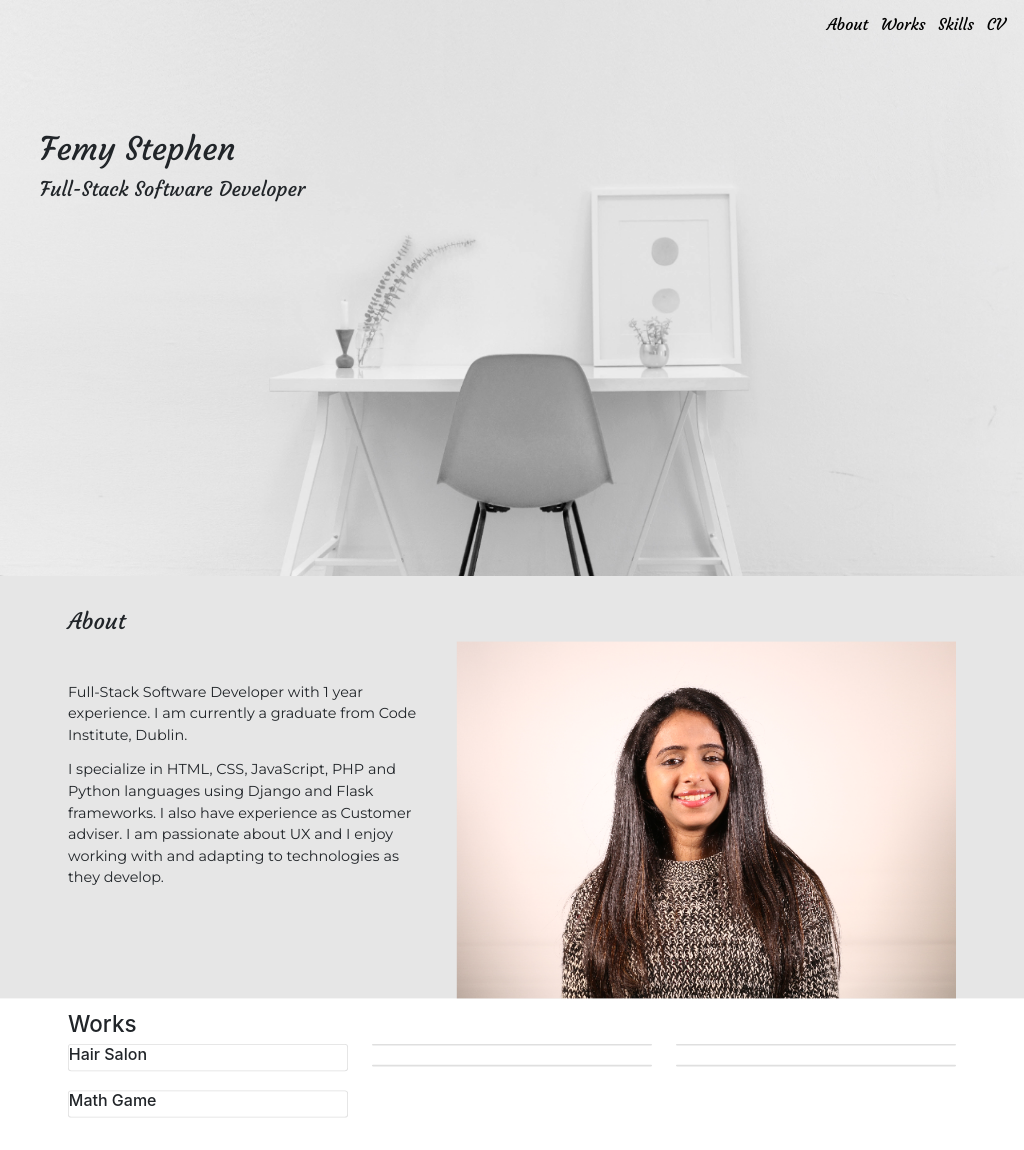
Repository: femy16/FemyStephen
Page: index.html
The author's editor kept a record of every edit. The page is drawn from the files as they stood at one moment, then again after the next edit.
The browser window is 1280 px wide. The pictures show the whole page, at 80% of full size.
Backgrounds fixed to the window are drawn as part of the page. Some web libraries are served in a nearby version.

Above is the page before.
Not found: hover.css

### index.html
<!DOCTYPE html>
<html lang="en">

<head>
    <meta charset="UTF-8">
    <meta name="viewport" content="width=device-width, initial-scale=1.0">
    <meta http-equiv="X-UA-Compatible" content="ie=edge">
    <link href="https://fonts.googleapis.com/css?family=Courgette|Kaushan+Script|Montserrat:300i&display=swap" rel="stylesheet">
    <link rel="stylesheet" href="https://use.fontawesome.com/releases/v5.3.1/css/all.css" integrity="sha384-mzrmE5qonljUremFsqc01SB46JvROS7bZs3IO2EmfFsd15uHvIt+Y8vEf7N7fWAU" crossorigin="anonymous">
    <link rel="stylesheet" href="hover.css" type="text/css" />
    <link rel="stylesheet" href="https://maxcdn.bootstrapcdn.com/bootstrap/4.0.0/css/bootstrap.min.css" integrity="sha384-Gn5384xqQ1aoWXA+058RXPxPg6fy4IWvTNh0E263XmFcJlSAwiGgFAW/dAiS6JXm" crossorigin="anonymous">
    <link rel="stylesheet" href="style.css" type="text/css" />
    <link href="https://fonts.googleapis.com/css?family=Montserrat" rel="stylesheet">
    <title>Femy Stephen</title>
</head>

<body>
    <header id="landing-view">


        <nav class="navbar navbar-expand-md navbar-masthead navbar-default navbar-fixed-top">
            <div class="container topmenu">


                <button class="navbar-toggler" type="button" data-toggle="collapse" data-target="#collapsibleNavbar">
    <span class="fa fa-bars" ></span>
  </button>
            </div>
            <div class="collapse navbar-collapse" id="collapsibleNavbar">
                <ul class="navbar-nav">
                    <li class="nav-item">
                        <a class="nav-link" href="#about">About</a>
                    </li>
                    <li class="nav-item">
                        <a class="nav-link" href="#works">Works</a>
                    </li>
                    <li class="nav-item">
                        <a class="nav-link" href="products.html">Skills</a>
                    </li>
                    <li class="nav-item">
                        <a class="nav-link" href="contac_us.html">CV</a>
                    </li>
                </ul>
            </div>
        </nav>
        <div class="headercontainer">
            <h1 class="name">Femy Stephen</h1>
            <p class="title">Full-Stack Software Developer</p>

        </div>

    </header>
    <!--<div class="spacer"></div>-->
    <main>
        <div id="about">
            <div class="container">
                <h3 class="abouthead">About</h3>
                <div class="row">
                    <p>
                        <div class="col discri">
                            <p>Full-Stack Software Developer with 1 year experience. I am currently a graduate from Code Institute, Dublin.</p>
                            <p>I specialize in HTML, CSS, JavaScript, PHP and Python languages using Django and Flask frameworks. I also have experience as Customer adviser. I am passionate about UX and I enjoy working with and adapting to technologies as
                                they develop.</p>
                        </div>
                        <div class="col"><img src="images/fmimg.JPG"></div>
                </div>
                </p>
            </div>
        </div>


        <div id="works">
            <div class="container">
                <h3 class="workshead">Works</h3>
                <div class="row">
                    <p>
                        <div class="col workbox">
                            <div class="card">
                                <h5>Hair Salon</h5>
                                </div><br />
                                <div class="card">
                                    <h5>Math Game</h5>
                                </div><br />

                        </div>
                        <div class="col">
                             <div class="card">
                                </div><br />
                            <div class="card">
                                </div><br />
                        </div>
                        <div class="col">


                                <div class="card">
                                </div><br />
                                <div class="card">
                                </div><br />
                        </div>
                </div>
                </p>
            </div>
        </div>

    </main>

    <footer>

    </footer>



    <script src="https://code.jquery.com/jquery-3.2.1.slim.min.js" integrity="sha384-KJ3o2DKtIkvYIK3UENzmM7KCkRr/rE9/Qpg6aAZGJwFDMVNA/GpGFF93hXpG5KkN" crossorigin="anonymous"></script>
    <script src="https://cdnjs.cloudflare.com/ajax/libs/popper.js/1.12.9/umd/popper.min.js" integrity="sha384-ApNbgh9B+Y1QKtv3Rn7W3mgPxhU9K/ScQsAP7hUibX39j7fakFPskvXusvfa0b4Q" crossorigin="anonymous"></script>
    <script src="https://maxcdn.bootstrapcdn.com/bootstrap/4.0.0/js/bootstrap.min.js" integrity="sha384-JZR6Spejh4U02d8jOt6vLEHfe/JQGiRRSQQxSfFWpi1MquVdAyjUar5+76PVCmYl" crossorigin="anonymous"></script>
</body>

</html>

### style.css
.navbar {
    background-color: transparent;
    text-align:right;

}

.navbar-fixed-top .container {

    text-align: right;
    margin-right: 1%;
    margin-top: 1%;

}
#landing-view {
    background-attachment: fixed;
    background-image: url('images/landing.jpg');
    background-position: bottom;
    background-size: cover;
    height: 100vh;
    width: 100vw;
    margin-bottom: 0px;
    z-index: 1;
}

body{

    /*background-color: #fdfdfd;*/
    width: 100%;
}


/*.spacer {*/
/*    width: 100%;*/
/*    height: 170px;*/
/*}*/


.nav-link {
    font-family: 'Courgette', cursive;
    font-size: 20px;
    color: black;
    padding-left: 40px;
    padding-right: 40px;
}

/*.nav-item {*/
/*    display: inline-block;*/
/*    padding: 10px;*/
/*    padding-left: 40px;*/
/*    padding-right: 40px;*/
/*}*/
.headercontainer{
    margin-top:100px;
   padding-left: 50px;
   font-family: 'Courgette', cursive;

}
.title{
    font-size:25px;

}
.name{
    font-size:40px;
}
#about{
    background-color: #e6e6e6;
}
.abouthead{
    padding-top:40px;
    font-family: 'Courgette', cursive;
}
.discri{
    margin-top:50px;
    font-family: 'Montserrat', sans-serif;
    font-size: 18px;
}

After the next edit:
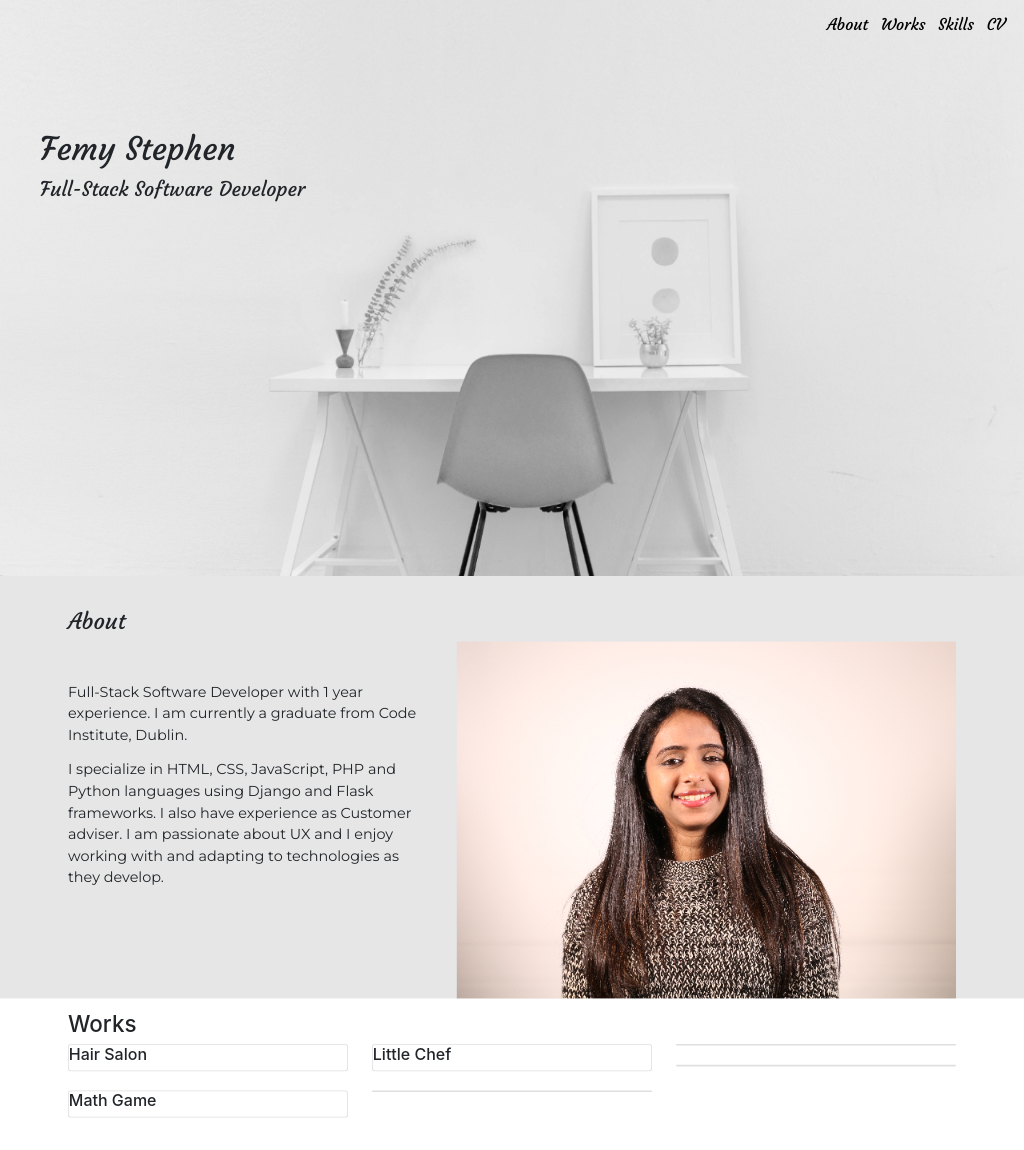
The edit:
--- a/index.html
+++ b/index.html
@@ -85,6 +85,7 @@
                         </div>
                         <div class="col">
                              <div class="card">
+                                  <h5>Little Chef</h5>
                                 </div><br />
                             <div class="card">
                                 </div><br />
